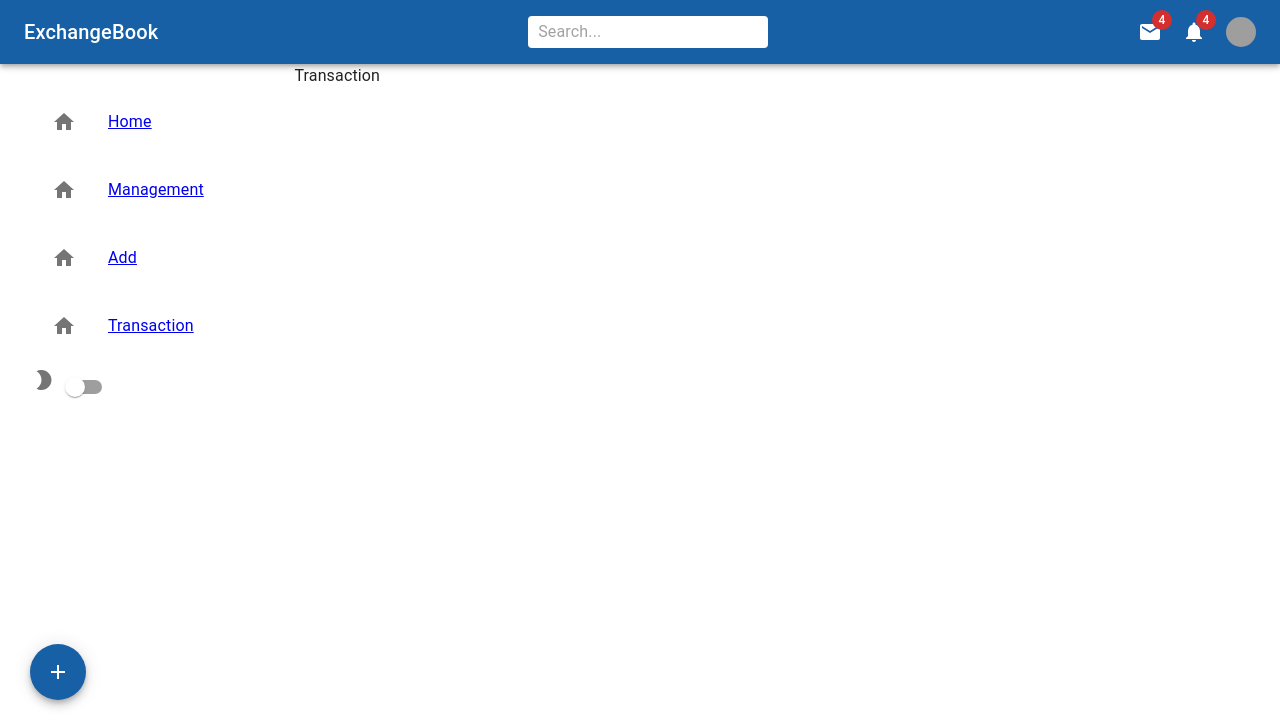
Repository: TrangPhuongLam07/exchangebookfrontend
Page: /management/transaction
An editor plug-in stored every save of this project. The page is shown before and after the next save, followed by the edit.
The browser window is 1280 px wide. The pictures show the whole page.
Pictures or frames that could not be fetched are drawn as grey boxes. The project was rebuilt for these pictures with package versions that can differ from the ones it lists, and the page was loaded fresh each time. Some packages were replaced by stand-ins written for this rebuild. Also part of the build but not shown: craco.config.js. Imported but missing from the stored project, and not drawn on this page: src/pages/management/add-post, src/pages/management/update-post, src/utils.

Above is the page before, as saved 2023-08-01 16:46:25.

After the next save:
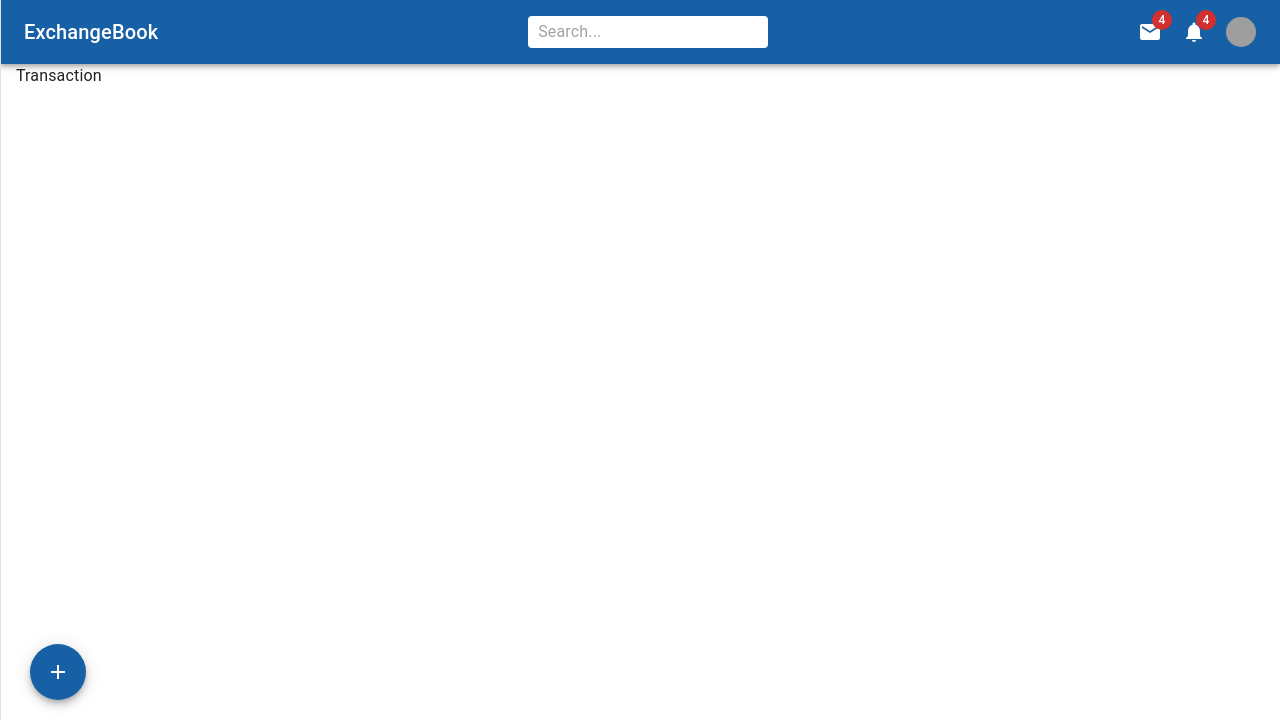
Saved 4 min 22 s later.
--- a/src/components/sidebar/index.js
+++ b/src/components/sidebar/index.js
@@ -7,6 +7,7 @@ import {
   ListItemText,
   Switch,
   styled,
+  Drawer,
 } from "@mui/material";
 import { Link } from "react-router-dom";
 const Sidebar = () => {
@@ -19,57 +20,58 @@ const Sidebar = () => {
   });
 
   return (
-    <Box
-      flex={1}
-      position="relative"
-      p={2}
-      sx={{
-        display: { xs: "none", sm: "block" },
-      }}
-    >
-      <Box position="fixed" width={1 / 8}>
-        <List>
-          <ListItem>
-            <StyledLink to="/">
-              <ListItemIcon>
-                <Home />
-              </ListItemIcon>
-              <ListItemText primary="Home" />
-            </StyledLink>
-          </ListItem>
-          <ListItem>
-            <StyledLink to="/management">
-              <ListItemIcon>
-                <Home />
-              </ListItemIcon>
-              <ListItemText primary="Management" />
-            </StyledLink>
-          </ListItem>
-          <ListItem>
-            <StyledLink to="/management/add">
-              <ListItemIcon>
-                <Home />
-              </ListItemIcon>
-              <ListItemText primary="Add" />
-            </StyledLink>
-          </ListItem>
-          <ListItem>
-            <StyledLink to="/management/transaction">
-              <ListItemIcon>
-                <Home />
-              </ListItemIcon>
-              <ListItemText primary="Transaction" />
-            </StyledLink>
-          </ListItem>
-          <ListItem>
-            <ListItemIcon>
-              <ModeNight />
-              <Switch />
-            </ListItemIcon>
-          </ListItem>
-        </List>
-      </Box>
-    </Box>
+    // <Box
+    //   flex={1}
+    //   position="relative"
+    //   p={2}
+    //   sx={{
+    //     display: { xs: "none", sm: "block" },
+    //   }}
+    // >
+    //   <Box position="fixed" width={1 / 8}>
+    //     <List>
+    //       <ListItem>
+    //         <StyledLink to="/">
+    //           <ListItemIcon>
+    //             <Home />
+    //           </ListItemIcon>
+    //           <ListItemText primary="Home" />
+    //         </StyledLink>
+    //       </ListItem>
+    //       <ListItem>
+    //         <StyledLink to="/management">
+    //           <ListItemIcon>
+    //             <Home />
+    //           </ListItemIcon>
+    //           <ListItemText primary="Management" />
+    //         </StyledLink>
+    //       </ListItem>
+    //       <ListItem>
+    //         <StyledLink to="/management/add">
+    //           <ListItemIcon>
+    //             <Home />
+    //           </ListItemIcon>
+    //           <ListItemText primary="Add" />
+    //         </StyledLink>
+    //       </ListItem>
+    //       <ListItem>
+    //         <StyledLink to="/management/transaction">
+    //           <ListItemIcon>
+    //             <Home />
+    //           </ListItemIcon>
+    //           <ListItemText primary="Transaction" />
+    //         </StyledLink>
+    //       </ListItem>
+    //       <ListItem>
+    //         <ListItemIcon>
+    //           <ModeNight />
+    //           <Switch />
+    //         </ListItemIcon>
+    //       </ListItem>
+    //     </List>
+    //   </Box>
+    // </Box>
+    <Drawer variant="permanent"></Drawer>
   );
 };
 
